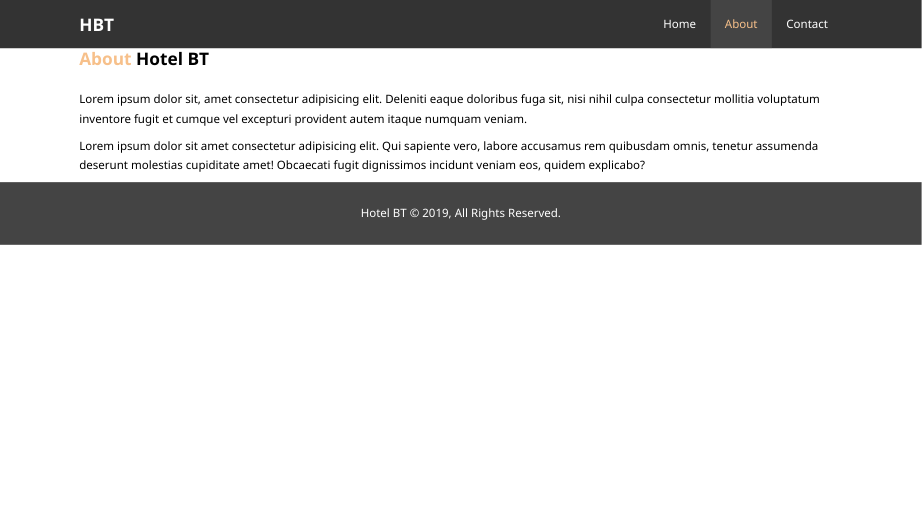
Repository: minhtien9/hotel-website
Page: about.html
An editor plug-in stored every save of this project. The page is shown before and after the next save, followed by the edit.
The browser window is 1280 px wide. The pictures show the whole page, at 72% of full size.

Above is the page before, as saved 2021-08-14 18:10:14.

After the next save:
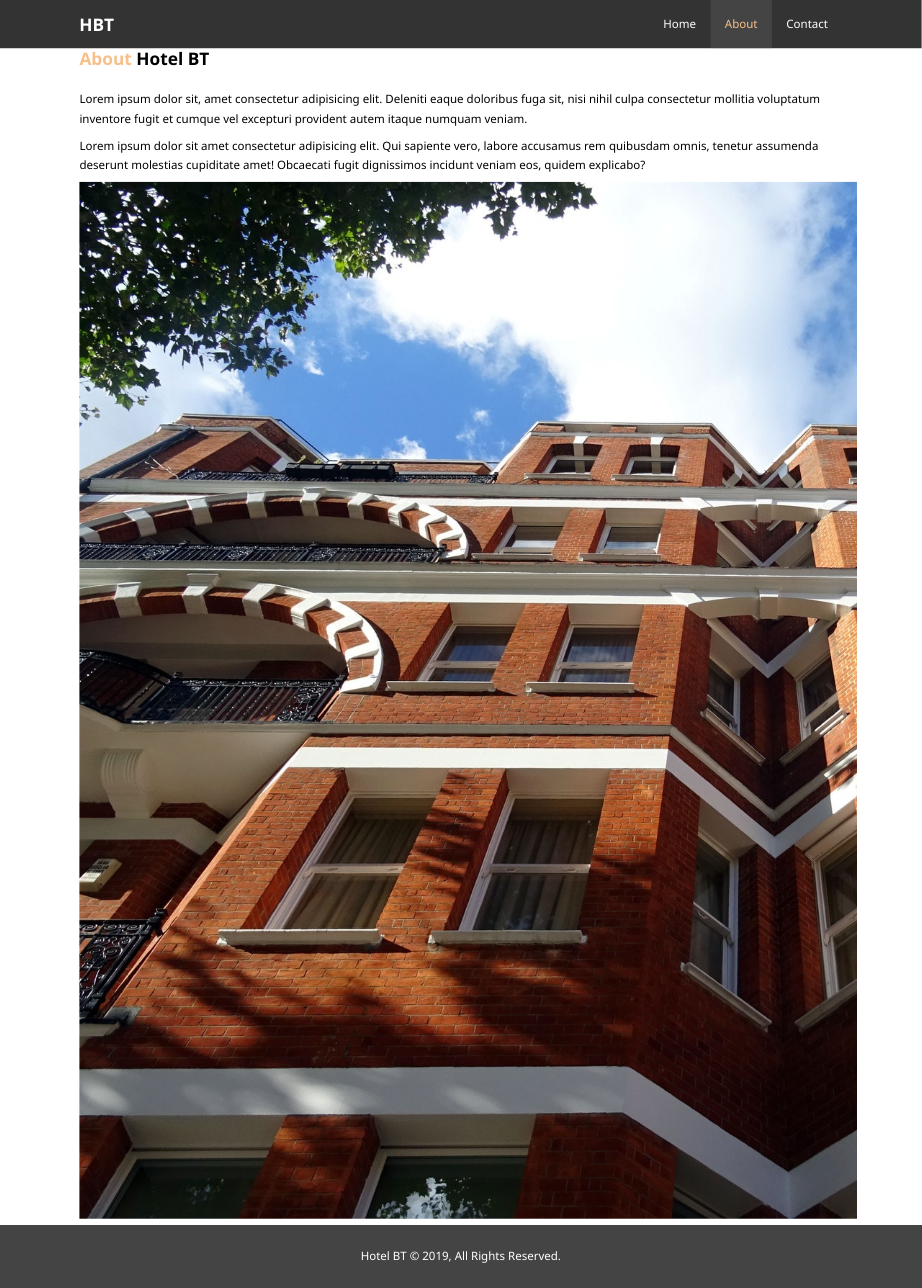
Saved 28 s later.
--- a/about.html
+++ b/about.html
@@ -37,7 +37,9 @@
                     Lorem ipsum dolor sit amet consectetur adipisicing elit. Qui sapiente vero, labore accusamus rem quibusdam omnis, tenetur assumenda deserunt molestias cupiditate amet! Obcaecati fugit dignissimos incidunt veniam eos, quidem explicabo?
                 </p>
             </div>
-            <div class="info-right"></div>
+            <div class="info-right">
+                <img src="./img/photo-2.jpg" alt="" />
+            </div>
         </div>
     </section>
     <footer id="main-footer">
